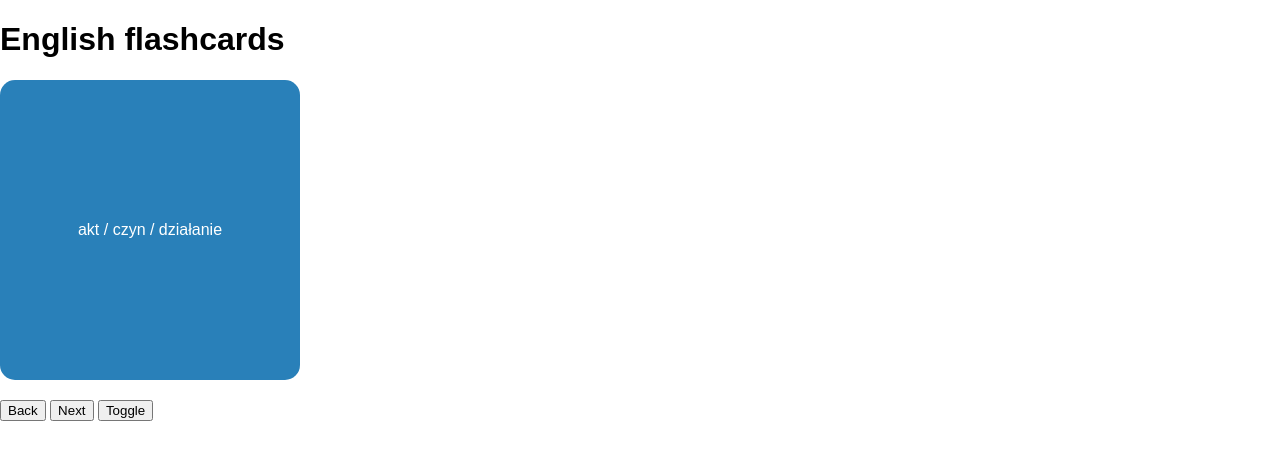
Repository: AdrianGizycki/English-Flashcards
Page: index.html
These files come from the project's save history. The page is drawn as it stood at one moment and after a run of saves; the edit follows.
The browser window is 1280 px wide. The pictures show the whole page.
After loading, the first visible `#rot` was clicked once.

Above is the page before, as saved 2019-09-15 14:57:38.

### index.html
<!DOCTYPE html>
<html lang="en">
<head>
    <meta charset="UTF-8">
    <meta name="viewport" content="width=device-width, initial-scale=1.0">
    <meta http-equiv="X-UA-Compatible" content="ie=edge">
    <link rel="stylesheet" type="text/css" href="style.css">
    <title>English Flashcards</title>
</head>
<body>
    <div class="mainDiv">
        <h1> English flashcards</h1>
        <div class="flip-card">
            <div class="flip-card-inner" id="rot">
                <div class="flip-card-front">
                    <div class="divContents1"></div>
                </div>
                <div class="flip-card-back">
                    <div class="divContents2"></div>
                </div>
                </div>
            <button class="btn1">Back</button>
            <button class="btn2">Next</button>
            <button class="btn3">Toggle</button>
        </div>
    </div>

    <script src="app.js" type="text/javascript"></script>
</body>
</html>

### style.css
body {
    font-family: Arial, Helvetica, sans-serif;
    height: 100%;
    padding: 0;
    margin: 0;
    box-sizing: border-box;
  }

  .flip-card {
    background-color: transparent;
    width: 300px;
    height: 300px;
    perspective: 1000px;
    border-radius: 5%;
  }

  .flip-card-inner {
    position: relative;
    width: 100%;
    height: 100%;
    text-align: center;
    transition: transform 1s;
    transform-style: preserve-3d;
    /* box-shadow: 0 4px 8px 0 rgba(0, 0, 0, 0.5); */
  }

  .flip-card:hover .flip-card-inner {
    transform: rotateY(180deg);
  }

  .flip-card-front,
  .flip-card-back {
    position: absolute;
    width: 100%;
    height: 100%;
    backface-visibility: hidden;
    display: flex;
    align-items: center;
    justify-content: center;
  }

  .flip-card-front {
    background-color: #bbb;
    color: black;
    border-radius: 5%;
  }

  .flip-card-back {
    background-color: #2980b9;
    color: white;
    transform: rotateY(180deg);
    border-radius: 5%;
  }

  .btn1,
  .btn2,
  .btn3 {
      margin-top: 20px;
  }

### app.js
const englishWords = ['above', 'across', 'act',]
const polishWords = ['powyżej / nad / u góry', 'przez coś', 'akt / czyn / działanie']
if (englishWords !== polishWords) {
    console.log('ok')
} else {
    console.log('not ok')
}
// const englishWords = ['above', 'across', 'act', 'ahead', 'along',]
//  'among', 'amount', 'any', 'anyone', 'appear', 'approach', 'arms', 'around', 'art', 'as', 'attack', 'attempt', 'august', 'autumn', 'away', 'base', 'bear', 'become', 'began', 'beginning', 'behind', 'believe', 'belong', 'below', 'beyound', 'bill', 'bit', 'block', 'blood', 'blow', 'board', 'bottom', 'branch', 'break', 'bridge', 'bright', 'building', 'burn', 'capital', 'carry', 'case', 'cause', 'central', 'centre', 'century', 'certain', 'certainly', 'claim', 'coat', 'common', 'complete', 'concern', 'conditio', 'consider', 'continue', 'control', 'corner', 'count'];
// const polishWords = ['powyżej / nad / u góry', 'przez coś', 'akt / czyn / działanie', 'przed', 'wzdłuż', 'między / pośród', 'ilość', 'jakikolwiek', 'nikt', 'pojawić się', 'podejście', 'herb / uzbrojony', 'wokół / dookoła / w pobliżu', 'sztuka', 'jako/ tak jak', 'atak', 'próba', 'sierpień', 'jesień', 'od /daleko / z dala / z daleka', 'podstawa', 'niedźwiedź', 'zostać', 'rozpoczął', 'początek', 'za / z tyłu', 'wierzyć', 'należeć', 'poniżej', 'poza', 'za (czymś)', 'po drugiej stronie (czegoś)', 'dalej', 'projekt ustawy', 'rachunek', 'kawałek', 'klocek', 'krew', 'cios / dmuchać / wiać', 'deska', 'dolny', 'oddział / gałąź / rozgałęzienie', 'most', 'jasny', 'budynek', 'oparzenie', 'stolica', 'nieść', 'przypadek / walizka', 'przyczyna / powód', 'centralny / środkowy', 'środek', 'wiek', 'pewny', 'rzeczywiście / z pewnością / na pewno', 'roszczenie', 'sierść / powlekać / płaszcz / okrywać cienką warstwą', 'pospolity', 'cały / całkowity / pełny', 'troska', 'warunek', 'rozważać', 'kontynuować', 'kontrola', 'róg / narożnik', 'liczba / liczyć się']
const divContents1 = document.querySelector(".divContents1");
const divContents2 = document.querySelector(".divContents2");
const btnBeck = document.querySelector(".btn1");
const btnNext = document.querySelector(".btn2");
const btnToggle = document.querySelector(".btn3");
const visCard = document.querySelector(".flip-card-front");
const unvisCard = document.querySelector(".flip-card-back");
const flipCard = document.querySelector('#rot');
const max = englishWords.length;
const min = 0


var counter = Math.floor(Math.random() * (max - min)) + min;
console.log(counter);
divContents1.innerText = englishWords[counter];
divContents2.innerText = polishWords[counter];


btnNext.addEventListener('click', function(){
    if (counter === max - 1) {
        counter = -1;
    }
    counter++;
  divContents1.innerText = englishWords[counter];
  divContents2.innerText = polishWords[counter];
  console.log(counter);

});

btnBeck.addEventListener('click', function(){
  counter--;
  if (counter === -1) {
    counter = max - 1;
  }
  divContents1.innerText = englishWords[counter];
  divContents2.innerText = polishWords[counter];
  console.log(counter);

});

flipCard.addEventListener('click', () => {
    console.log("test");
    flipCard.className
    flipCard.style.transform = "rotateY(180deg)";
});

After the next 2 saves:
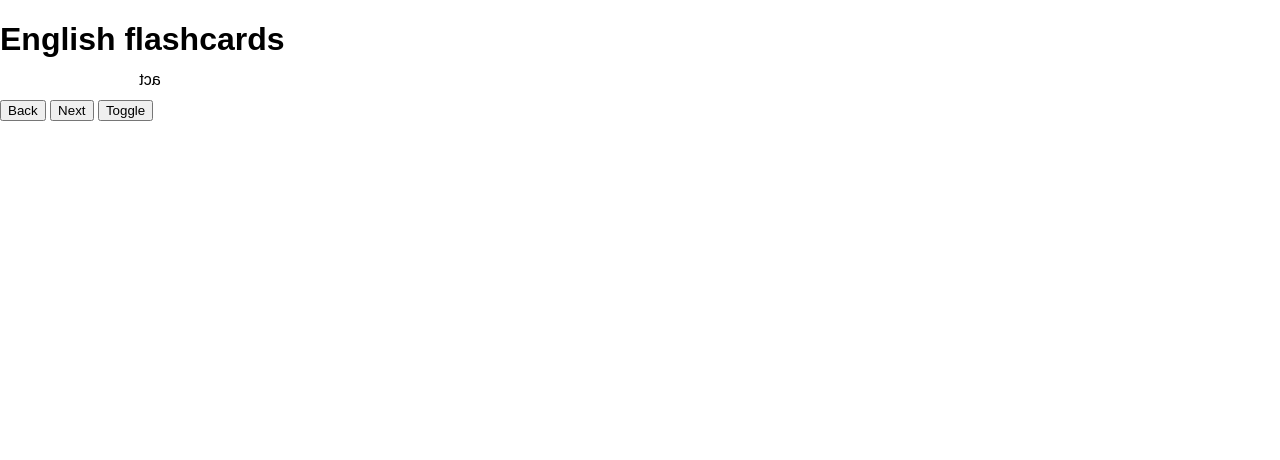
The 2 saves are shown as one change because they came seconds apart.
The last was saved 6 s later.
--- a/app.js
+++ b/app.js
@@ -50,6 +50,6 @@ btnBeck.addEventListener('click', function(){
 
 flipCard.addEventListener('click', () => {
     console.log("test");
-    flipCard.className
+    flipCard.className =
     flipCard.style.transform = "rotateY(180deg)";
 });
